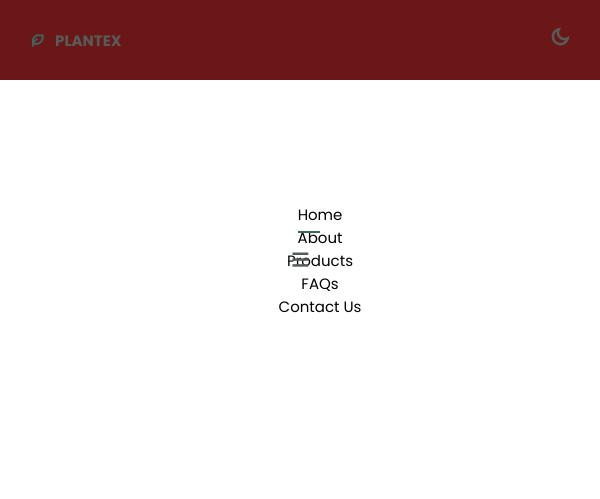
Repository: OmniaRafat232111121/plantwebsite
Page: index.html
The author's editor kept a copy of each file at every save. The page is drawn from the files as they stood at one save, then again after a run of saves.
The browser window is 600 px wide. The pictures show the whole page.
After loading, the first visible `#navToggle` was clicked once.

Above is the page before, as saved 2023-01-04 16:14:25.

After the next 2 saves:
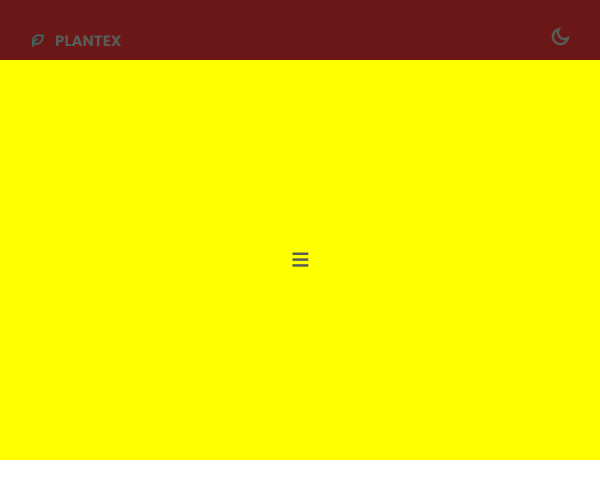
The 2 saves are shown as one change because they came seconds apart.
The last was saved 7 s later.
--- a/assets/css/styles.css
+++ b/assets/css/styles.css
@@ -246,7 +246,7 @@ display: none;
 
   height:400px;
   width:100%;
-   background-color: var(--clr-grey-1);
+   background-color:yellow;
 
   display: flex;
   align-items: center;
